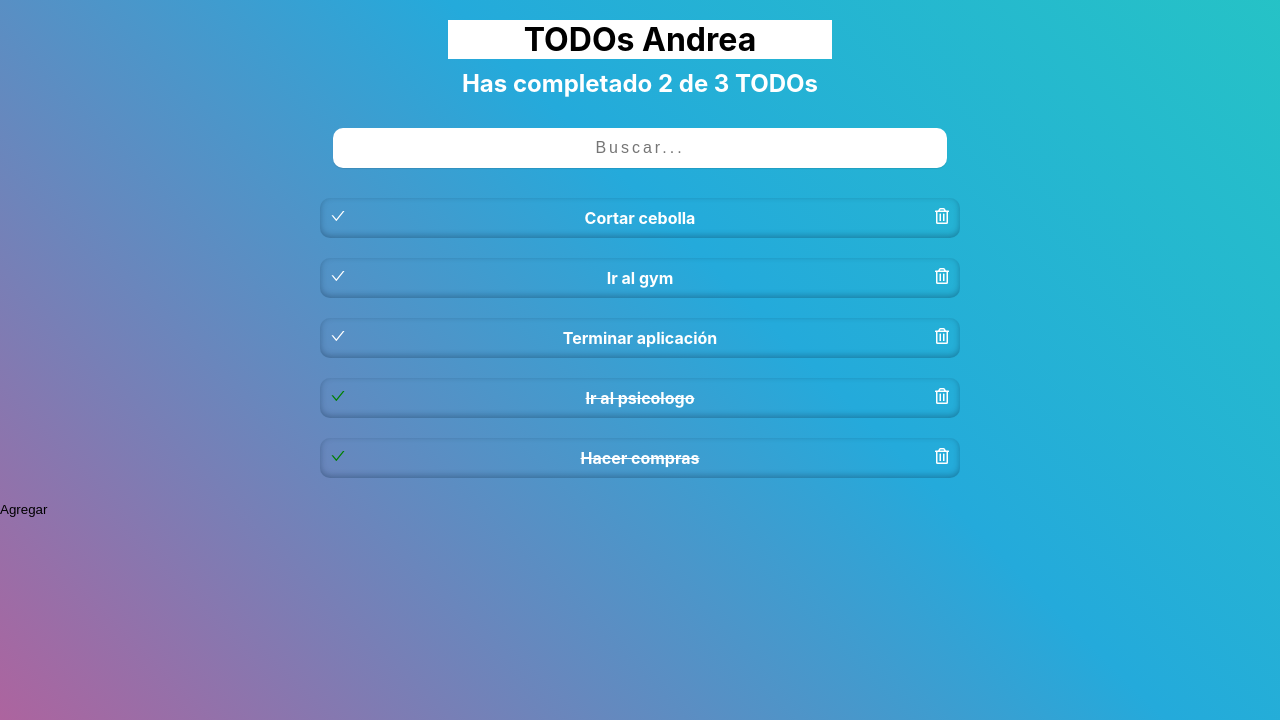
Repository: Pandrea-hub/TODOs
Page: /
These files come from the project's save history. The page is drawn as it stood at one moment and after the next save; the edit follows.
The browser window is 1280 px wide. The pictures show the whole page.
The project was rebuilt for these pictures with package versions that can differ from the ones it lists, and the page was loaded fresh each time. Also part of the build but not shown: src/TodoList.css.

Above is the page before, as saved 2022-06-07 11:11:04.

### src/index.js
import React from 'react';
import ReactDOM from 'react-dom/client';
import './index.css';
import App from './App';


const root = ReactDOM.createRoot(document.getElementById('root'));
root.render(
  <App/>
);

### src/index.css
body {
  margin: 0;
  font-family: -apple-system, BlinkMacSystemFont, 'Segoe UI', 'Roboto', 'Oxygen',
    'Ubuntu', 'Cantarell', 'Fira Sans', 'Droid Sans', 'Helvetica Neue',
    sans-serif;
  -webkit-font-smoothing: antialiased;
  -moz-osx-font-smoothing: grayscale;
}

code {
  font-family: source-code-pro, Menlo, Monaco, Consolas, 'Courier New',
    monospace;
}

#root{
  width: 100%;
  height: 100%;
  position: absolute;
  background: linear-gradient(45deg,#F17C58, #E94584, #24AADB , #27DBB1,#FFDC18, #FF3706);
  background-size: 600% 100%;
  animation: gradient 16s linear infinite;
  animation-direction: alternate;
}

@keyframes gradient {
  0% {background-position: 0%}
  100% {background-position: 100%}
}

### src/App.js
import './App.css';
import React from 'react';
import { TodoCounter } from './TodoCounter';
import { TodoItem } from './TodoItem';
import { CreateTodoButton } from './CreateTodoButton';
import { TodoList } from './TodoList';
import { TodoSearch } from './TodoSearch';


const todos = [
  {text: 'Cortar cebolla',completed: false},
  {text: 'Ir al gym',completed: false},
  {text: 'Terminar aplicación',completed: false},
  {text: 'Ir al psicologo', completed:true},
  {text: 'Hacer compras', completed:true},
]


function App() {
  return (
    <React.Fragment>
      <TodoCounter />
      <TodoSearch />


      <TodoList>
        {todos.map(todo =>(
          <TodoItem key={todo.text} text={todo.text} completed={todo.completed}/>
        ))}
      </TodoList>
      <CreateTodoButton />
    </React.Fragment>

  );
}

export default App;

### src/App.css
*{
  margin: 0;
  padding: 0;
  box-sizing: border-box;
}

.App {
  text-align: center;
}


.App-logo {
  height: 40vmin;
  pointer-events: none;
}

@media (prefers-reduced-motion: no-preference) {
  .App-logo {
    animation: App-logo-spin infinite 20s linear;
  }
}

.App-header {
  background-color: #282c34;
  min-height: 100vh;
  display: flex;
  flex-direction: column;
  align-items: center;
  justify-content: center;
  font-size: calc(10px + 2vmin);
  color: white;
}

.App-link {
  color: #61dafb;
}

@keyframes App-logo-spin {
  from {
    transform: rotate(0deg);
  }
  to {
    transform: rotate(360deg);
  }
}

### src/TodoCounter.js
import React from 'react';
import './TodoCounter.css';

function TodoCounter(){
    return (
        <div className='title'>
            <h1>TODOs Andrea</h1>
            <h2 className='TodoCounter'>Has completado 2 de 3 TODOs</h2>
        </div>
    );
}

export { TodoCounter };

### src/TodoItem.js
import React from 'react';
import './TodoItem.css';
import {AiOutlineCheck} from 'react-icons/ai';
import {FaRegTrashAlt} from 'react-icons/fa';

function TodoItem(props){
    return (
        <li className='TodoItem'>
            <span className={`Icon Icon-check ${props.completed && 'Icon-check--activate' }`}>
                <AiOutlineCheck />
            </span>
            <p className={`TodoItem-p ${props.completed && 'TodoItem-p--complete'}`}>
                {props.text}
            </p>
            <span className='Icon Icon-delete'>
               <FaRegTrashAlt />
            </span>
        </li>
    );

}

export {TodoItem};

### src/CreateTodoButton.js
import React from 'react';
import {IoMdAddCircleOutline} from 'react-icons/io';
import './CreateTodoButton.css';


function CreateTodoButton(){
    return(
        <button>
            Agregar
        </button>
    );
}

export {CreateTodoButton};

### src/TodoList.js
import React from "react";
import './TodoList.css';

function TodoList(props){
    return(
        <section>
            <ul>
                {props.children}
            </ul>
        </section>

    );
}


export {TodoList};

### src/TodoSearch.js
import React from 'react';
import './TodoSearch.css';

function TodoSearch(){
    return(
        <input placeholder="Buscar..." />
    );
}

export { TodoSearch};

### src/TodoCounter.css
.title{
    text-align: center;
    color:white;
    margin: 20px auto;
}

.title h1{
    color:black;
    background-color:white;
    width: 30%;
    margin: 10px auto;
}

@media screen and (max-width:800px) {
    .title h1{
        width: 50%;
    }
}

### src/TodoItem.css
li{
    display: flex;
    padding: 10px;
    width: 50%;
    color:white;
    font-weight: bold;
    justify-content: space-between;
    border-radius: 10px;
    box-shadow: rgba(50, 50, 93, 0.25) 0px 50px 100px -20px, rgba(0, 0, 0, 0.3) 0px 30px 60px -30px, rgba(10, 37, 64, 0.35) 0px -2px 6px 0px inset;
    margin: 20px auto;
}

.Icon-check--activate{
    color:green;
}

.TodoItem-p--complete{
    text-decoration:line-through;
}

.Icon-delete:hover{
    color:purple;
}

### src/CreateTodoButton.css
button{
    margin: 0 auto;
    background-color: transparent;
    border: none;
    cursor: pointer;
}

### src/TodoSearch.css
input {
    outline: none;
    width: 80%;
    height: 40px;
    margin: 10px 10%;
    text-align: center;
    letter-spacing: 3px;
    font-size: 16px;
    border:none;
    border-radius: 10px;
    box-shadow: 0 1px 1px 0 rgb(0 0 0 / 10%);
   max-width: 614px;
}

@media screen and (min-width:768px) {
    input{
        margin: 10px calc(50% - 307px);
    }
}

Loaded but not shown: public/index.html (common file)

After the next save:
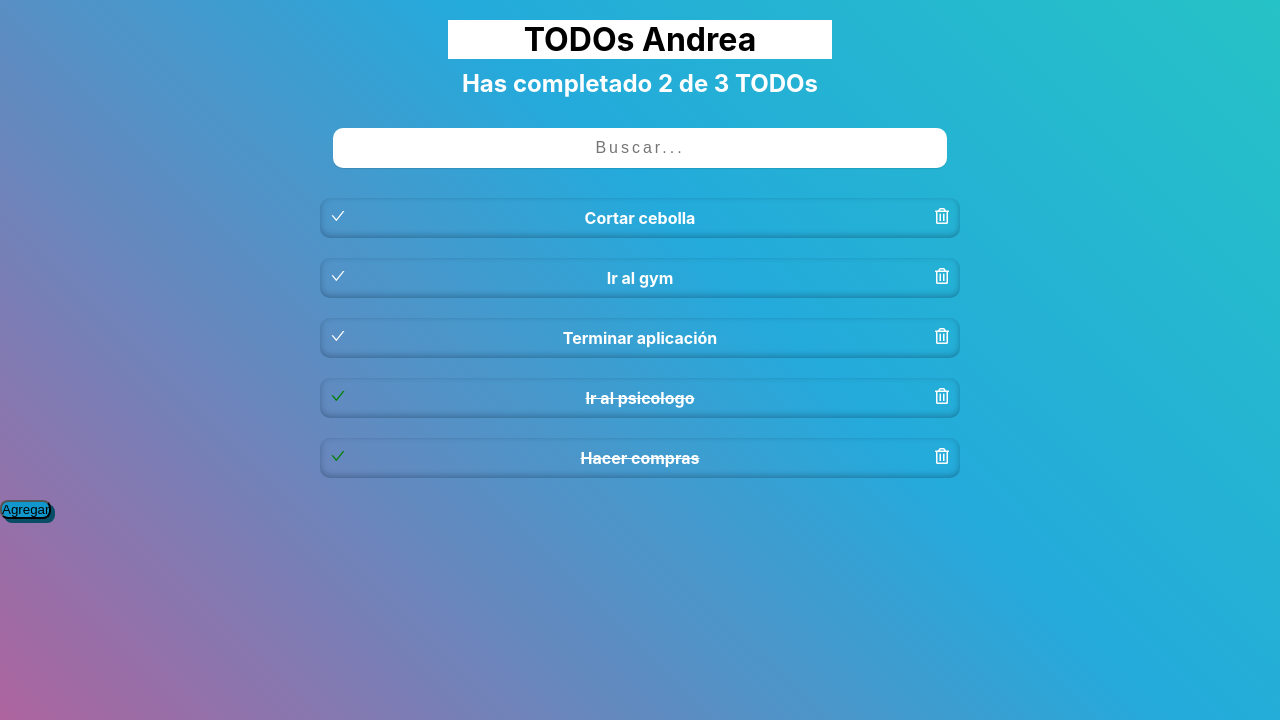
Saved 7 min 48 s later.
--- a/src/CreateTodoButton.css
+++ b/src/CreateTodoButton.css
@@ -1,6 +1,12 @@
 button{
-    margin: 0 auto;
-    background-color: transparent;
-    border: none;
+    background-color: #1197cc;
+    box-shadow: #094c66 4px 4px 0;
+    border-radius: 8px;
+    transition: transform 200ms,box-shadow 200ms;
     cursor: pointer;
 }
+
+button:active {
+    transform: translateY(4px) translateX(4px);
+    box-shadow: #094c66 0px 0px 0px;
+}
